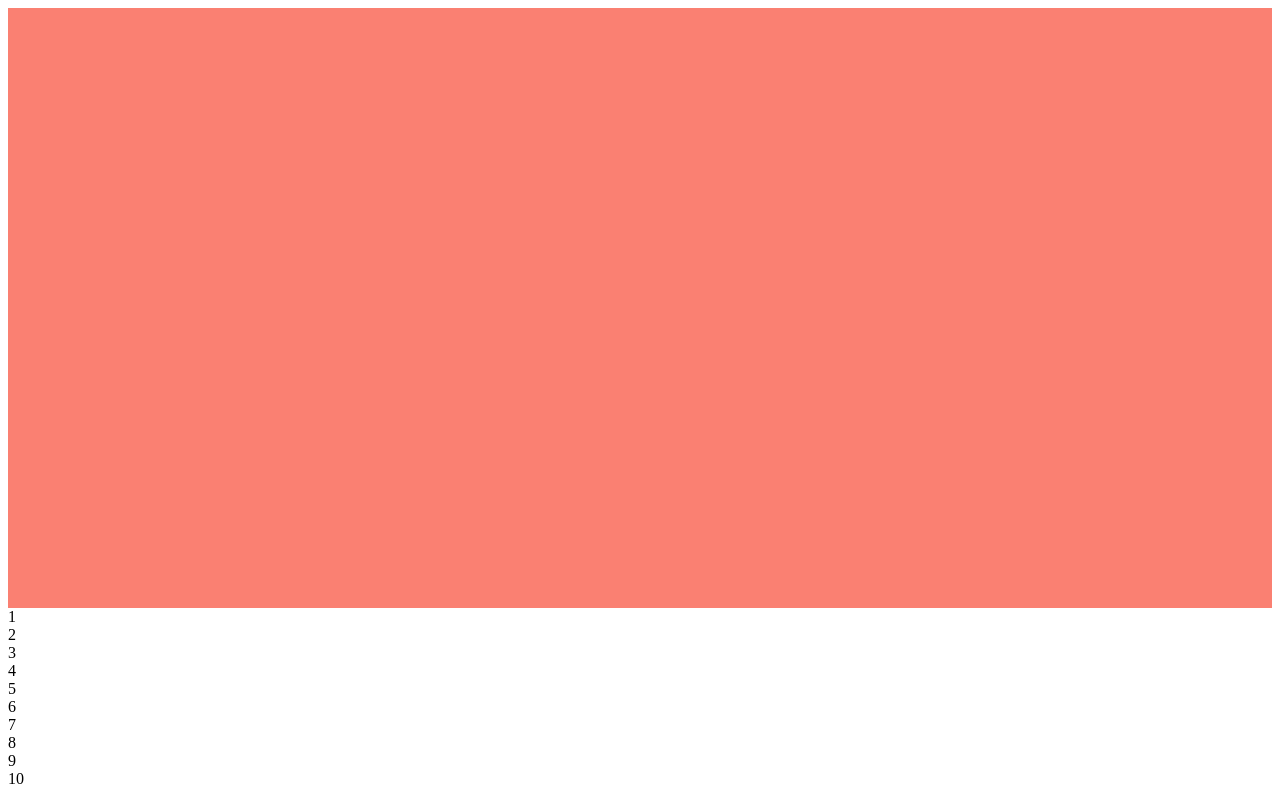
Repository: DinkarRavi/Dinkar_Coding
Page: 22aug24/grid.html
These files come from the project's save history. The page is drawn as it stood at one moment and after the next save; the edit follows.
The browser window is 1280 px wide. The pictures show the whole page.

Above is the page before, as saved 2024-08-22 14:57:14.

After the next save:
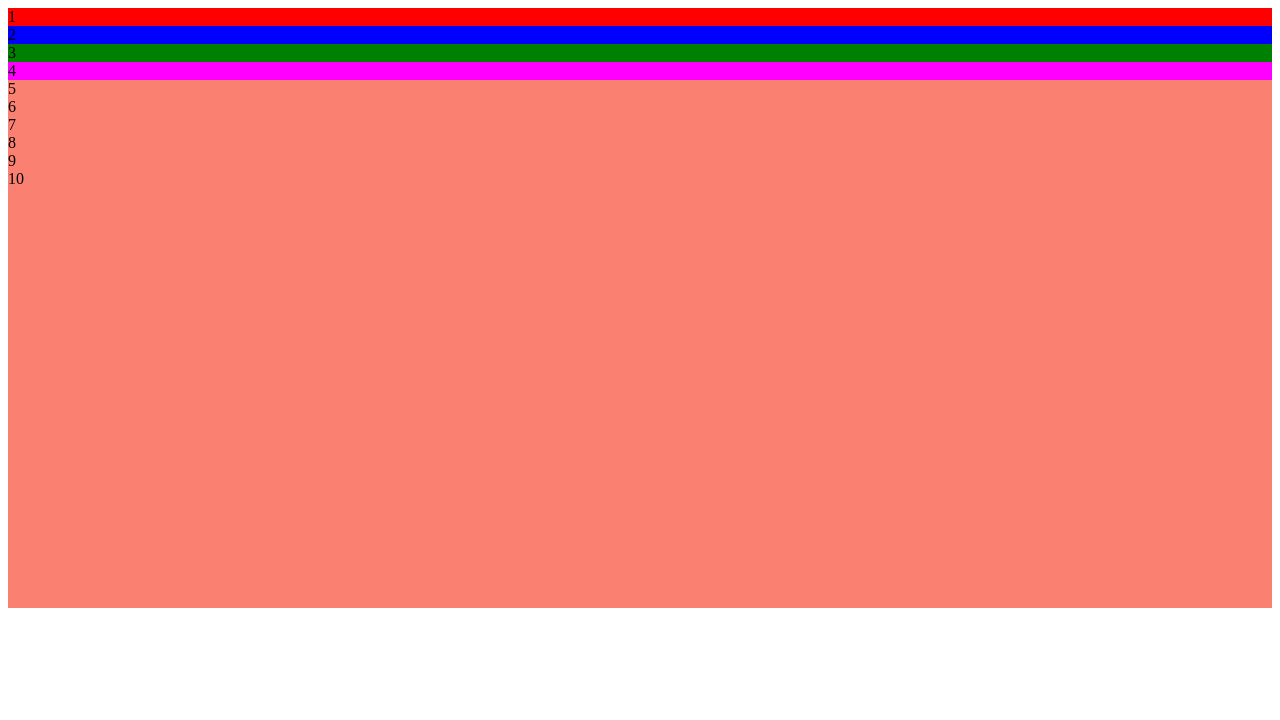
Saved 16 s later.
--- a/22aug24/grid.html
+++ b/22aug24/grid.html
@@ -8,7 +8,7 @@
 </head>
 <body>
     <div>
-        <div id="parent"></div>
+        <div id="parent">
         <div>1</div>
         <div>2</div>
         <div>3</div>
